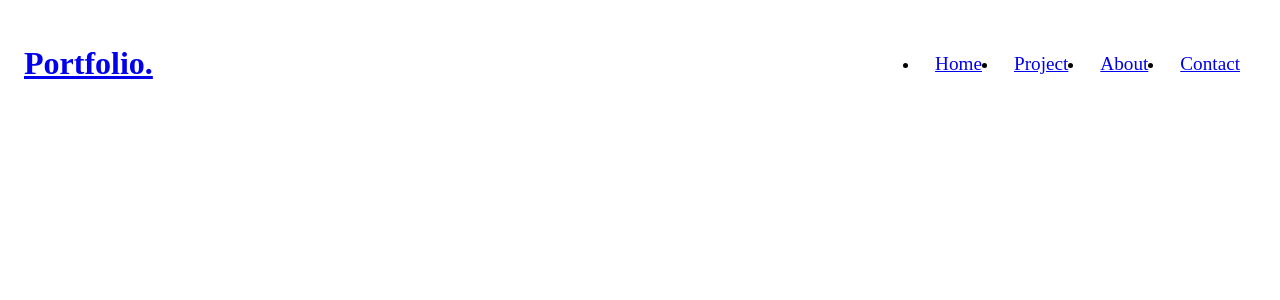
Repository: parisha-b3/My_Portfolio
Page: /
An editor plug-in stored every save of this project. The page is shown before and after a run of saves, followed by the edit.
The browser window is 1280 px wide. The pictures show the whole page.
The project was rebuilt for these pictures with package versions that can differ from the ones it lists, and the page was loaded fresh each time. Also part of the build but not shown: src/routes/About.js, src/routes/Project.js, src/routes/Contact.js.

Above is the page before, as saved 2024-10-14 11:48:30.

After the next 3 saves:
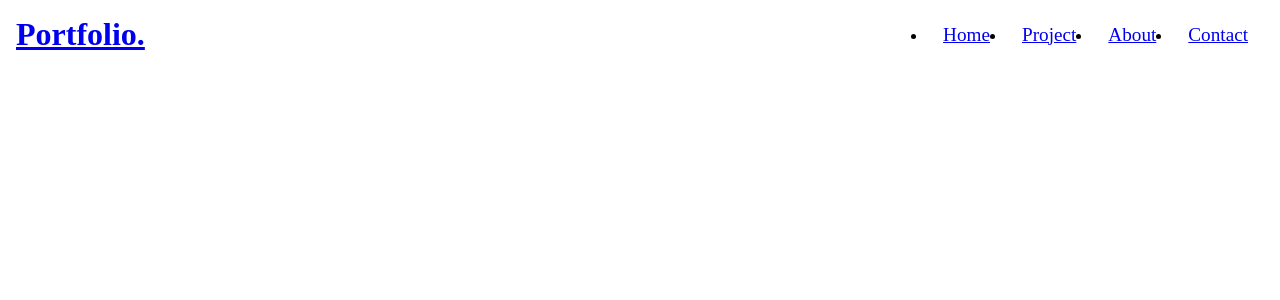
The 3 saves are shown as one change because they came seconds apart.
The last was saved 11 s later.
--- a/src/index.css
+++ b/src/index.css
@@ -2,5 +2,7 @@
 
 *{
   box-sizing: border-box;
-  marg
+  margin: 0;
+  padding: 0;
+  font-family: ;
 }
